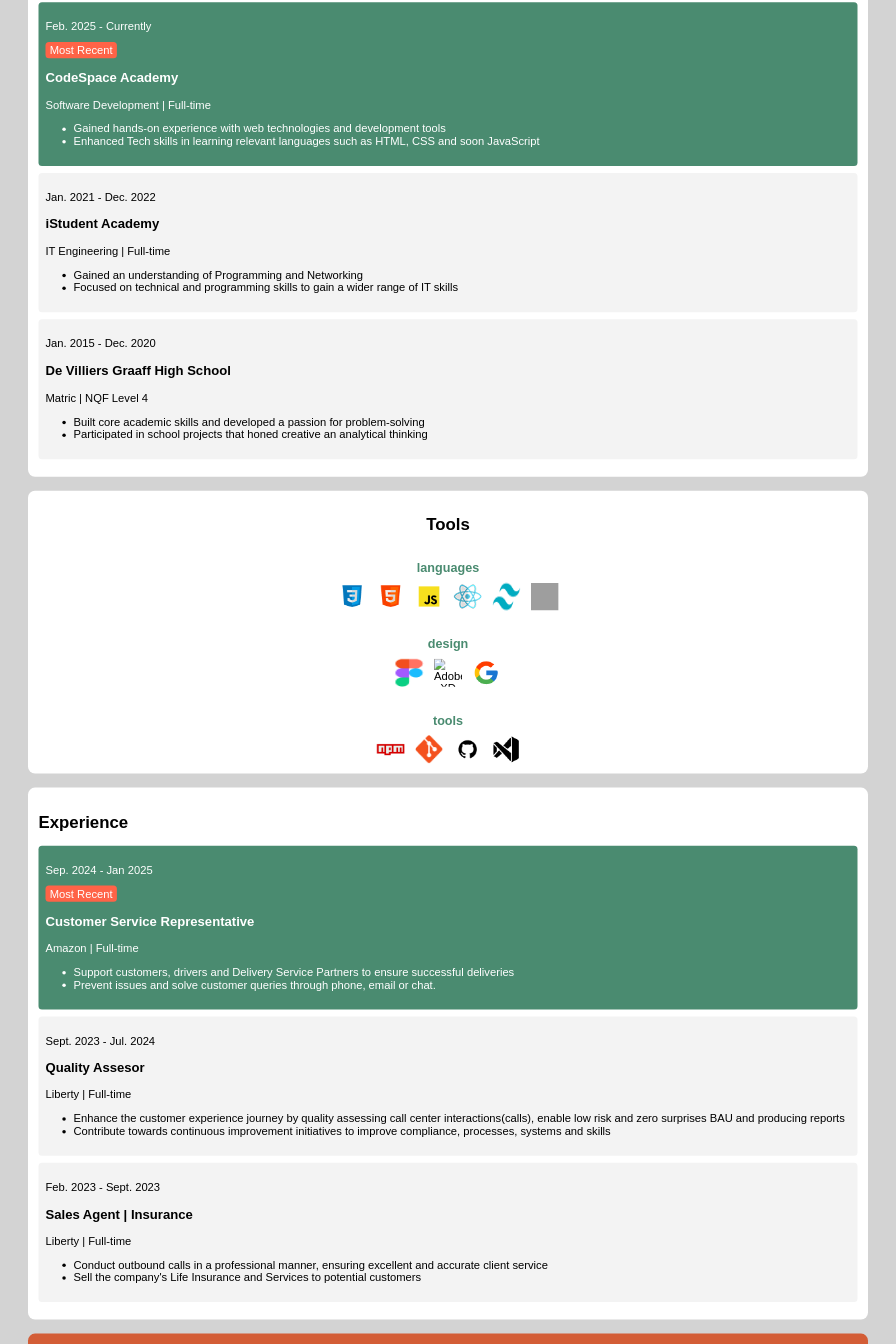
Repository: andajonas/ANDJON25111_fto2502_A2_AndaJonas_SDF_Portfolio_Piece
Page: index.html
These files come from the project's save history. The page is drawn as it stood at one moment and after the next save; the edit follows.
The browser window is 1280 px wide. The pictures show the part of the page from y = 1533 to 3453 px (the page is 3552 px tall), at 70% of full size.
Pictures or frames that could not be fetched are drawn as grey boxes. A picture or video elsewhere on the page could not be fetched, so the positions and the page height are approximate.

Above is the page before, as saved 2025-04-04 09:36:37.

### index.html
<!DOCTYPE html>
<html lang="en">
<head>
    <meta charset="UTF-8">
    <meta name="viewport" content="width=device-width, initial-scale=1.0">
    <title>Anda's Resume Project</title>
    <link rel="stylesheet" href="styles.css">
</head>
<body>

<div class="container">
    <!-- Profile Section -->
    <section class="profile">
        <img src="profile.jpg" alt="Profile Picture" class="profile-pic">
        <div class="profile-info">
            <h1>Anda Jonas</h1>
            <p>Aspiring Software Developer with a passion for clean code, problem-solving, and continuous learning. Eager to build efficient and user-friendly applications while growing skills in web development and software engineering.</p>
        </div>
    </section>

    <!-- Proficiency and Skills Section -->
    <section class="skills-container">
        <div class="proficiency">
            <h2>Proficiency</h2>
            <p><strong>Beginner Intermediate Advanced</strong></p>
            <p>JavaScript</p><div class="bar"><div class="progress" style="width: 10%;"></div></div>
            <p>React</p><div class="bar"><div class="progress" style="width: 10%;"></div></div>
            <p>Node.js</p><div class="bar"><div class="progress" style="width: 10%;"></div></div>
            <p>HTML + CSS</p><div class="bar"><div class="progress" style="width: 30%;"></div></div>
        </div>

        <div class="skills">
            <h2>Skills</h2>
            <div class="skill-tags">
                <span class="skill-item">Software Development</span>
                <span class="skill-item">Agile</span>
                <span class="skill-item">UI Design</span>
                <span class="skill-item">Problem Solving</span>
                <span class="skill-item">Git And Version Control</span>
                <span class="skill-item">Web Development</span>
                <span class="skill-item">Team Collaboration</span>
                <span class="skill-item">Functional Programming</span>
                <span class="skill-item">RESTful APIs</span>
            </div>
        </div>
    </section>

    <!-- Projects Section -->
    <section class="projects">
        <h2>Projects</h2>
        <div class="project-card">
            <h3>2025 ❤️ Portfolio Website</h3>
            <p><strong>Brief:</strong> Developed a personal portfolio website to showcase projects and skills.</p>
            <p><strong>Technologies:</strong> React, JavaScript, HTML, CSS</p>
            <p><strong>Responsibilities:</strong> Designed and implemented the website, ensured responsiveness and accessibility.</p>
        </div>

        <div class="project-card">
            <h3>2025 ❤️ Podcast App</h3>
            <p><strong>Brief:</strong> Developed a podcast application that allows users to search, subscribe, and listen to various podcasts.</p>
            <p><strong>Technologies:</strong> React, Tailwind, HTML, CSS</p>
            <p><strong>Responsibilities:</strong> Implemented search functionality, an audio player with playback controls, and integrated backend API.</p>
        </div>

        <div class="project-card">
            <h3>2025 ❤️ Agile Board</h3>
            <p><strong>Brief:</strong> Created a task management tool for organizing and tracking tasks.</p>
            <p><strong>Technologies:</strong> Javascript, HTML, CSS</p>
            <p><strong>Responsibilities:</strong> Developed real-time data synchronization, user interface, and user authentication. Implemented data persistence in localStorage.</p>
        </div>

        <div class="project-card">
            <h3>2026 ❤️ Super Cool Project</h3>
            <p><strong>Brief:</strong> Developed a incredible application that allows users to do amazing things.</p>
            <p><strong>Technologies:</strong> React, Tailwind, HTML, CSS</p>
            <p><strong>Responsibilities:</strong> Implemented complex functions, a user-friendly user interface, and responsive design. Built our additional features specific to the client's needs.</p>
        </div>
    </section>

    <!-- Education Section -->
    <section class="education">
        <h2>Education</h2>
        <div class="education-card">
            <div class="exp-header">
                <p class="date">Feb. 2025 - Currently</p>
                <span class="tag">Most Recent</span>
            </div>
            <h3>CodeSpace Academy</h3>
            <p class="company">Software Development | Full-time</p>
            <ul>
                <li>Gained hands-on experience with web technologies and development tools</li>
                 <li>Enhanced Tech skills in learning relevant languages such as HTML, CSS and soon JavaScript</li>
        </div>

        <div class="education-card">
            <p class="date">Jan. 2021 - Dec. 2022</p>
            <h3>iStudent Academy</h3>
            <p class="company">IT Engineering | Full-time</p>
            <ul>
                <li>Gained an understanding of Programming and Networking</li>
                <li>Focused on technical and programming skills to gain a wider range of IT skills</li>
            </ul>
        </div>
        <div class="education-card">
            <p class="date">Jan. 2015 - Dec. 2020</p>
            <h3>De Villiers Graaff High School</h3>
            <p class="company">Matric | NQF Level 4</p>
            <ul>
                <li>Built core academic skills and developed a passion for problem-solving</li>
                <li>Participated in school projects that honed creative an analytical thinking</li>
            </ul>
        </div>
    </section>

    <section class="tools">
        <h2>Tools</h2>
        <div class="tool-categories">
            <div class="tool-category">
                <h3>languages</h3>
                <div class="tool-icons">
                    <img src="css-logo.png" alt="CSS">
                    <img src="html-logo.png" alt="HTML">
                    <img src="js-logo.png" alt="JavaScript">
                    <img src="react-logo.png" alt="React">
                    <img src="tailwind-logo.png" alt="Tailwind CSS">
                    <img src="icons/css.png" alt="Node.js">
                </div>
            </div>
            <div class="tool-category">
                <h3>design</h3>
                <div class="tool-icons">
                    <img src="logoFigma.png" alt="Figma">
                    <img src="" alt="Adobe XD">
                    <img src="icons8-google_1.png" alt="Google">
                </div>
            </div>
            <div class="tool-category">
                <h3>tools</h3>
                <div class="tool-icons">
                    <img src="icons8-npm_1.png" alt="npm">
                    <img src="Vector_5.png" alt="Git">
                    <img src="icons8-github_1.png" alt="GitHub">
                    <img src="icons8-visual-studio_1.png" alt="VS Code">
                </div>
            </div>
        </div>
    </section>


    <!-- Experience Section -->
    <section class="experience">
        <h2>Experience</h2>
        <div class="experience-card">
            <div class="exp-header">
                <p class="date">Sep. 2024 - Jan 2025</p>
                <span class="tag">Most Recent</span>
            </div>
            <h3>Customer Service Representative</h3>
            <p class="company">Amazon | Full-time</p>
            <ul>
                <li>Support customers, drivers and Delivery Service Partners to ensure successful deliveries</li>
                <li>Prevent issues and solve customer queries through phone, email or chat.</li>
        </div>

        <div class="experience-card">
            <p class="date">Sept. 2023 - Jul. 2024</p>
            <h3>Quality Assesor</h3>
            <p class="company">Liberty | Full-time</p>
            <ul>
                <li>Enhance the customer experience journey by quality assessing call center interactions(calls), enable low risk and zero surprises BAU and producing reports</li>
                <li>Contribute towards continuous improvement initiatives to improve compliance, processes, systems and skills</li>
            </ul>
        </div>
        <div class="experience-card">
            <p class="date">Feb. 2023 - Sept. 2023</p>
            <h3>Sales Agent | Insurance</h3>
            <p class="company">Liberty | Full-time</p>
            <ul>
                <li>Conduct outbound calls in a professional manner, ensuring excellent and accurate client service</li>
                <li>Sell the company's Life Insurance and Services to potential customers</li>
            </ul>
        </div>
    </section>

    <!-- Contact Section -->
    <section class="contact">
        <p class="contact-text">Let's chat! I'm ready to work on exciting projects.</p>
        <p class="contact-links">
            <a href="mailto:andajonas63@gmail.com">andajonas63@gmail.com</a> |
            <a href="tel:+27655461522"> 065 546 1522</a> |
            <a href="https://www.linkedin.com/in/anda-jonas/" target="_blank" rel="noopener noreferrer">LinkedIn</a> |
            <a href="https://github.com/andajonas" target="_blank" rel="noopener noreferrer"> GitHub</a>
        </p>
    </section>
</div>

</body>
</html>

### styles.css
/* General Layout */
body {
    font-family: Arial, sans-serif;
    margin: 0;
    padding: 0;
    background: #d3d3d3;
}

.container {
    max-width: 1200px;
    margin: auto;
    display: flex;
    flex-direction: column;
    gap: 20px;
}

/* Profile Section */
.profile {
    display: flex;
    align-items: center;
    padding: 20px;
    background: white;
    border-radius: 10px;
    line-height: 24px;

}

.profile-pic {
    width: 144px;
    height: 144px;
    border-radius: 24px;
    object-fit: cover;
    margin-right: 20px;
}

/* Skills Section */
.skills-container {
    display: flex;
    gap: 20px;
}

.proficiency, .skills {
    background: white;
    padding: 15px;
    border-radius: 10px;
    width: 50%;
}

.bar {
    width: 100%;
    height: 5px;
    background: #ddd;
    margin-bottom: 10px;
}

.progress {
    height: 5px;
    background: green;
}

.skill-tags {
    display: flex;
    flex-wrap: wrap;
    gap: 10px;
}

.skill-item {
    background: #ecf4f1;
    padding: 8px 14px;
    border-radius: 6px;
    font-size: 14px;
    display: inline-block;
}

/* Projects Section */
.projects {
    background: white;
    padding: 15px;
    border-radius: 10px;
    display: grid;
}

.project-card {
    background: #f3f3f3;
    padding: 10px;
    border-radius: 5px;
    margin-bottom: 10px;
}

/* Education Section */
.education {
    background: white;
    padding: 15px;
    border-radius: 10px;
}

.education-card {
    background: #f3f3f3;
    padding: 10px;
    border-radius: 5px;
    margin-bottom: 10px;
}

.tools {
    background: white;
    padding: 15px;
    border-radius: 10px;
    text-align: center;
}

.tool-categories {
    display: flex;
    flex-direction: column;
    gap: 20px;
}

.tool-category h3 {
    font-size: 18px;
    color: #4A8B70;
    margin-bottom: 10px;
}

.tool-icons {
    display: flex;
    justify-content: center;
    gap: 15px;
}

.tool-icons img {
    width: 40px;
    height: 40px;
}


/* Experience Section */
.experience {
    background: white;
    padding: 15px;
    border-radius: 10px;
}

.experience-card {
    background: #f3f3f3;
    padding: 10px;
    border-radius: 5px;
    margin-bottom: 10px;
}


.tag {
    background: #ff6347;
    color: white;
    padding: 3px 6px;
    border-radius: 5px;
}
.project-card:first-of-type,
.education-card:first-of-type,
.experience-card:first-of-type {
    background: #4A8B70;
    color: white;
}

/* Contact Section */
.contact {
    background: #d35d36;
    color: white;
    text-align: flex-start;
    padding: 15px;
    border-radius: 10px;
}

.contact-links a {
    color: white;
    font-weight: bold;
    text-decoration: none;
}
@media (max-width: 768px) {
    .container {
        padding: 10px;
    }

    .profile {
        flex-direction: column;
        text-align: center;
    }

    .profile-pic {
        margin: 0 auto 10px;
    }

    .skills-container {
        flex-direction: column;
        width: 100%;
    }

    .proficiency, .skills {
        width: 100%;
    }

    .contact-links {
        display: flex;
        flex-direction: column;
        gap: 5px;
        text-align: center;
    }
}

After the next save:
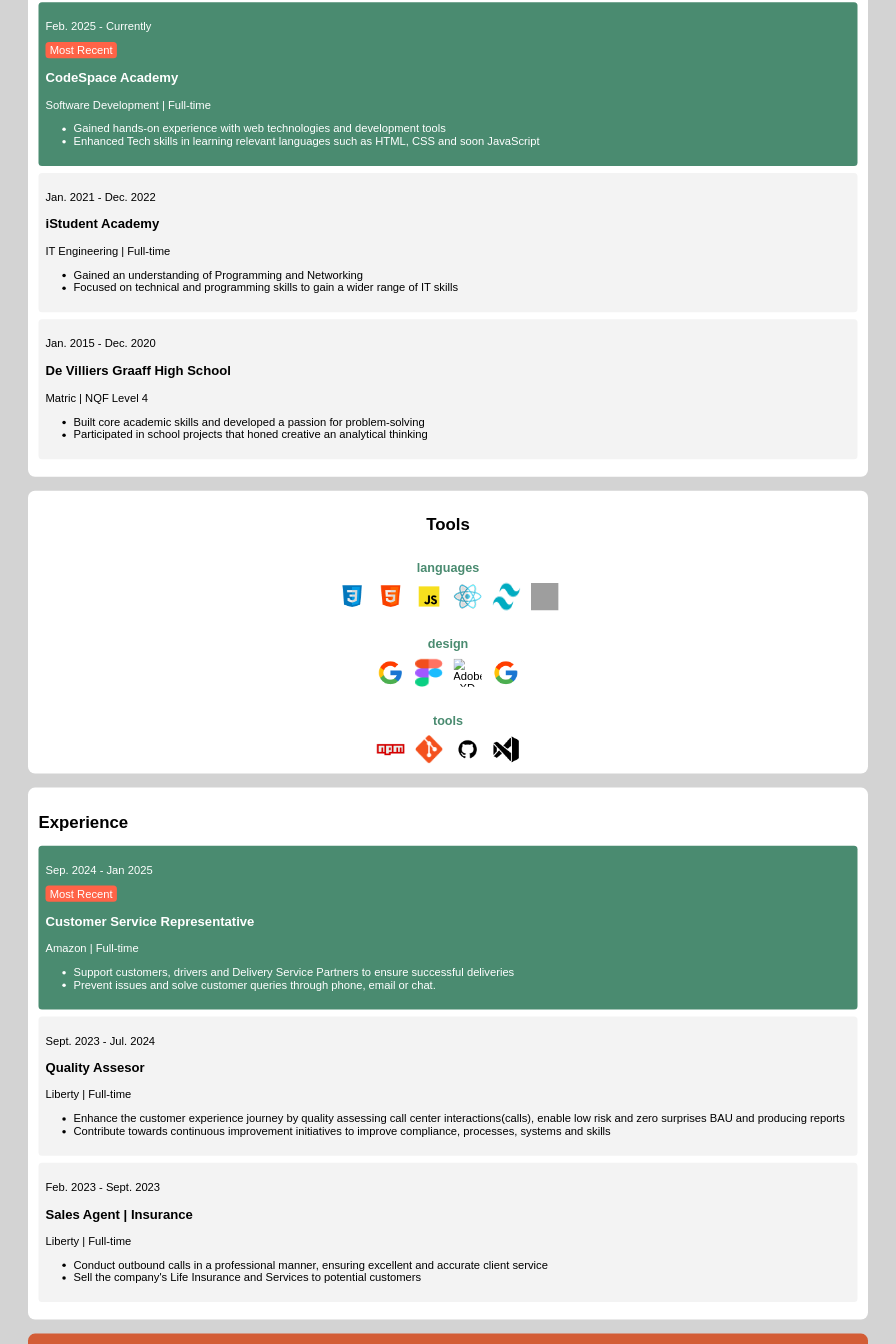
Saved 5 min 53 s later.
--- a/index.html
+++ b/index.html
@@ -129,6 +129,7 @@
             <div class="tool-category">
                 <h3>design</h3>
                 <div class="tool-icons">
+                    <img src="icons8-google_1.png" alt="Google">
                     <img src="logoFigma.png" alt="Figma">
                     <img src="" alt="Adobe XD">
                     <img src="icons8-google_1.png" alt="Google">
